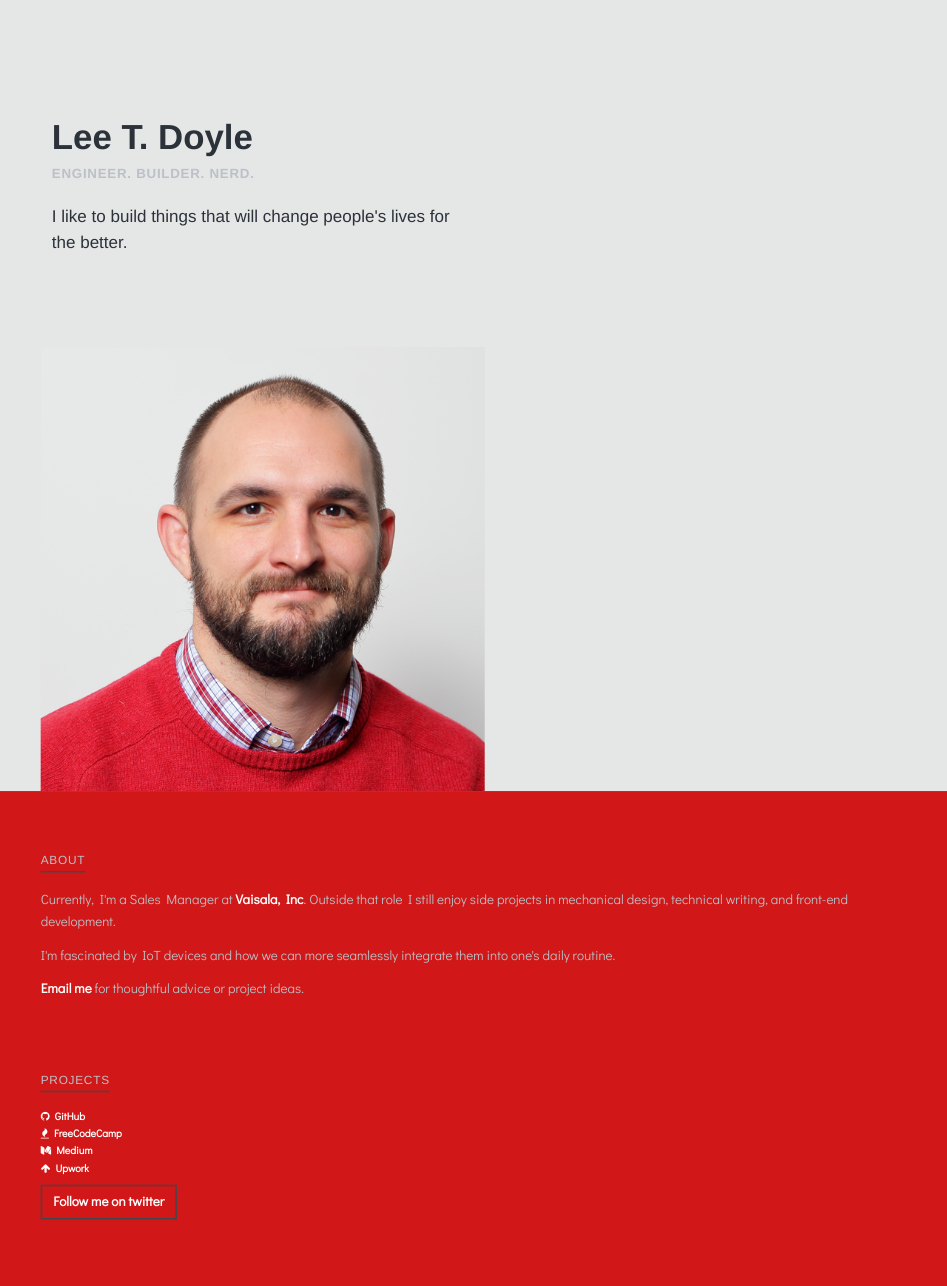
Repository: ldoyle0/ldoyle0.github.io
Page: index.html
The author's editor kept a record of every edit. The page is drawn from the files as they stood at one moment, then again after the next edit.
The browser window is 1280 px wide. The pictures show the whole page, at 74% of full size.
Some web libraries are served in a nearby version.

Above is the page before.

### index.html
<!DOCTYPE html>
<html lang="en">

<head>

<!-- Meta Data -->
    <meta charset="utf-8">
    <meta http-equiv="X-UA-Compatible" content="IE=edge">
    <meta name="viewport" content="width=device-width, initial-scale=1">
    <meta name="description" content="I like to build things that will change people's lives for the better.">
    <meta name="author" content="Lee Doyle">
    <link rel="shortcut icon" href="favicon.ico">

    <title>Lee Doyle – Builder</title>


<!-- Styles -->
    <link href="https://fonts.googleapis.com/css?family=Didact+Gothic" rel="stylesheet">
    <link href="https://maxcdn.bootstrapcdn.com/font-awesome/4.4.0/css/font-awesome.min.css" rel="stylesheet">

    <link rel="stylesheet" href="./css/bootstrap.min.css">
    <link rel="stylesheet" href="./css/style.css" >

</head>

<body>
    <div class="title">
    <div class="container">
        <div class="row">
            <div class="col-sm-6 col-md-6 left">
                <h1>Lee T. Doyle</h1>
                <h2><strong>Engineer. Builder. Nerd.</strong></h2>
                <h3>I like to build things that will change people's lives for the better.</h3>
            </div>
            <div class="span6 right">
                <img src="./img/LED.jpg">
            </div>
        </div>
    </div>
    </div>

<footer>
    <div class="container">
        <div class="row">
            <div class="span6">
                <h4>About</h4>
                <p>
                    Currently, I'm a Sales Manager at <a href="http://www.vaisala.com/en/Pages/default.aspx">Vaisala, Inc</a>.
                    Outside that role I still enjoy side projects in mechanical design, technical writing, and
                    front-end development.
                </p>
                <p>
                    I'm fascinated by IoT devices and how we can more seamlessly integrate them into one's daily routine.
                </p>
                <p>
                    <a href="mailto:ldoyle0@gmail.com">Email me</a> for thoughtful advice or project ideas.
                </p>
            </div>
            <div class="span6">
                <h4>Projects</h4>
                <ul>
                    <li><a href="https://github.com/ldoyle0"><i class="fa fa-github"></i>GitHub</a></li>
                    <li><a href="https://www.freecodecamp.org/ldoyle0"><i class="fa fa-fire"></i>FreeCodeCamp</a></li>
                    <li><a href="https://medium.com/@leetdoyle"><i class="fa fa-medium"></i>Medium</a></li>
                    <li><a href="https://www.upwork.com/o/profiles/users/_~01666dd24ce2e08ba3/"><i class="fa fa-arrow-up"></i>Upwork</a></li>
                </ul>
                <p><a class="follow-btn" href="http://www.twitter.com/ldoyle0">Follow  me on twitter</a></p>
            </div>
        </div>
    </div>
</footer>

</body>

</html>

### css/style.css
@import "bootstrap.min.css";

/*
color scheme
#d11717 - red
#17d1d1 - blue-green
#74d117 - green
*/

/* General */

body {
  color: #bbc1c7;
  background-color: #d11717;
  font-family: 'Didact Gothic', Arial, sans-serif;
  font-weight: 400;
  line-height: 1.7;
}

div {
  display: block;
}

h1,
h2,
h3 {
  line-height: 40px;
}

h1 {
  font-size: 47px;
  font-weight: 700;
  color: #2b323a;
  margin: 0 0 10px 0;
}
h2 {
  font-size: 18px;
  text-transform: uppercase;
  font-weight: 500;
  letter-spacing: 1px;
  margin: 0;
}
h3 {
  font-size: 23px;
  color: #2b323a;
  line-height: 1.5;
  margin: 20px 0 0 0;
}
h4 {
  display: inline-block;
  text-transform: uppercase;
  font-size: 16px;
  font-weight: 400;
  letter-spacing: 1px;
  border-bottom: 2px solid #41474e;
  padding-bottom: 5px;
  margin-bottom: 20px;
}

div i {
    margin-right: 7px;
}

p {
  font-size: 18px;
}

a,
a:visited {
  text-decoration: none;
  font-weight: 600;
  color: white;
}
a:hover,
a:focus,
a:active {
  color: white;
  border-bottom: 1px solid white;
  padding-bottom: 5px;
}

/* Title */

.title {
    background-color: #e5e6e6;
}

@media only screen and (min-width: 1200px) {
  .title {
    min-height: 492px;
  }
}
.title .left {
  padding-top: 165px;
  padding-bottom: 125px;
}
@media only screen and (max-width: 767px) {
  .title .left {
    padding-top: 30px;
    padding-bottom: 0;
  }
}
@media only screen and (min-width: 768px) and (max-width: 991px) {
  .title .left {
    padding-top: 80px;
    padding-bottom: 0;
  }
}
.title .right {
  padding-top: 50px;
}
@media only screen and (max-width: 767px) {
  .title h2 {
    font-size: 16px;
  }
}
.title h2 em {
  padding-left: 5px;
  padding-right: 5px;
}
@media only screen and (max-width: 767px) {
  .title h2 em {
    padding-left: 0;
    padding-right: 0;
    font-size: 16px;
  }
}

img {
  max-width: 100%;
}

/* Footer */

footer {
  padding-top: 75px;
  padding-bottom: 0;
}
@media only screen and (max-width: 767px) {
  footer {
    padding-top: 30px;
    padding-bottom: 0;
  }
}
footer ul,
footer ul li {
  list-style-type: none;
  padding: 0;
  margin: 0;
}
footer .row > div {
  padding-bottom: 75px;
}
@media only screen and (max-width: 767px) {
  footer .row > div {
    padding-bottom: 50px;
  }
}
footer .follow-btn {
  border: 2px solid #41474e;
  padding: 5px 15px 8px 15px;
  margin-top: 10px;
  display: inline-block;
}
footer .follow-btn:hover {
  background-color: #41474e;
}
footer p {
  margin-bottom: 15px;
}

Loaded but not shown: css/bootstrap.min.css (library)

After the next edit:
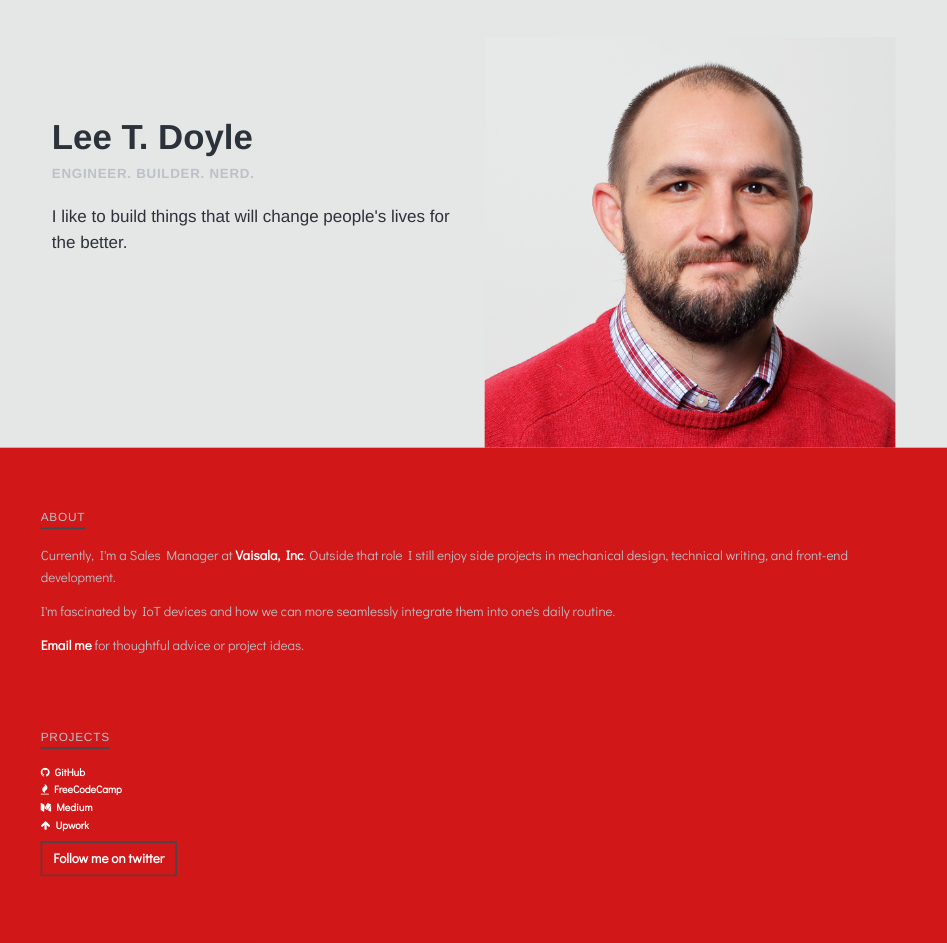
The edit:
--- a/index.html
+++ b/index.html
@@ -32,7 +32,7 @@
                 <h2><strong>Engineer. Builder. Nerd.</strong></h2>
                 <h3>I like to build things that will change people's lives for the better.</h3>
             </div>
-            <div class="span6 right">
+            <div class="col-sm-6 col-md-6 right">
                 <img src="./img/LED.jpg">
             </div>
         </div>
